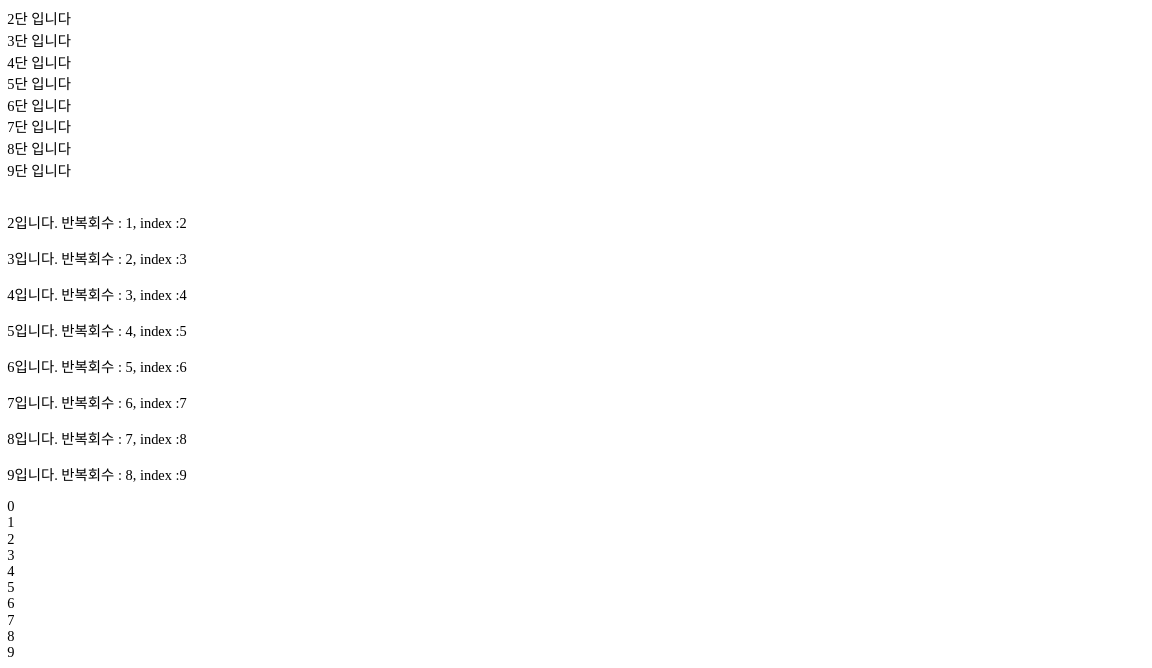
Repository: jjungee/DDIT-JSP
Page: http://localhost/JSP_JSTL/forEach.jsp
The author's editor kept a copy of each file at every save. The page is drawn from the files as they stood at one save, then again after a run of saves.
The browser window is 1280 px wide. The pictures show the whole page, at 90% of full size.
The page is served by Tomcat 9.

Above is the page before, as saved 2020-11-02 02:41:45.

### JSP_JSTL/WebContent/forEach.jsp
<%@ page language="java" contentType="text/html; charset=UTF-8"
    pageEncoding="UTF-8"%>
<%@ page trimDirectiveWhitespaces="true"%>
<%@ taglib prefix="c" uri="http://java.sun.com/jsp/jstl/core" %>

<!DOCTYPE html>
<html>
	<head>
		<meta charset="UTF-8">
		<title></title>
	</head>

	<body>
		<%
			for(int dan = 2 ; dan < 10 ; dan++){
				out.println(dan + "단 입니다<br>");
			}
		%>
		<br>
		<c:forEach var = "dan" begin="2" end="9" step="1" varStatus="status">
			<p>${dan }입니다. 반복회수 : ${status.count }, index :${status.index }</p>
		</c:forEach>

		<%
			int[] arrInt = {0, 1, 2, 3, 4, 5, 6, 7, 8, 9};

			for(int num : arrInt){
				out.println(num + "<br/>");
			}
		%>
	</body>
</html>

After the next 4 saves:
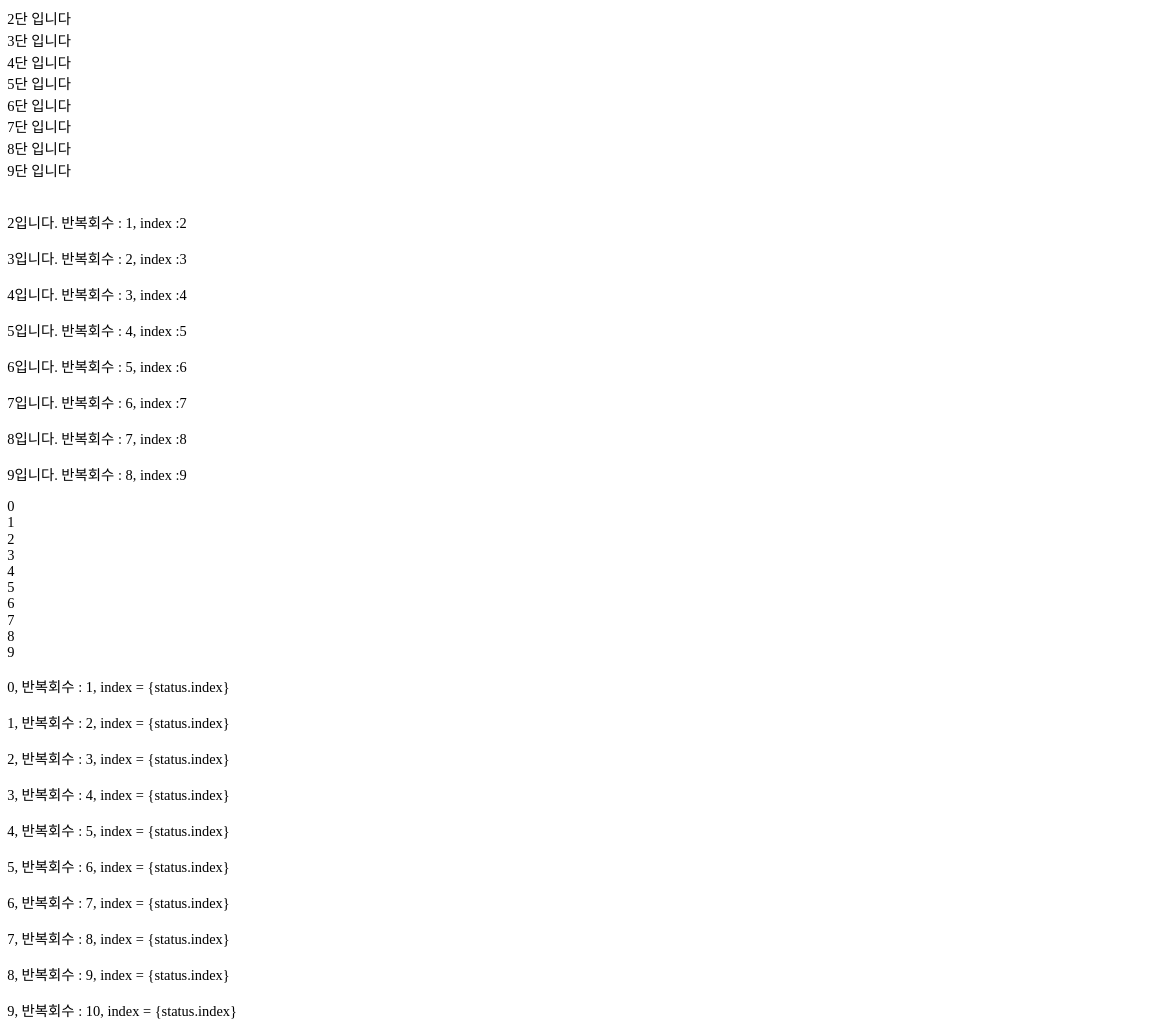
The 4 saves are shown as one change because 3 did not build or start.
The last was saved 3 min 0 s later.
--- a/JSP_JSTL/WebContent/forEach.jsp
+++ b/JSP_JSTL/WebContent/forEach.jsp
@@ -28,5 +28,10 @@
 				out.println(num + "<br/>");
 			}
 		%>
+
+		<c:set var = "arrInt" value = "0, 1, 2, 3, 4, 5, 6, 7, 8, 9"/>
+		<c:forEach items="${arrInt }" var = "num" varStatus="status">
+			<p>${num }, 반복회수 : ${status.count }, index = {status.index}</p>
+		</c:forEach>
 	</body>
 </html>
